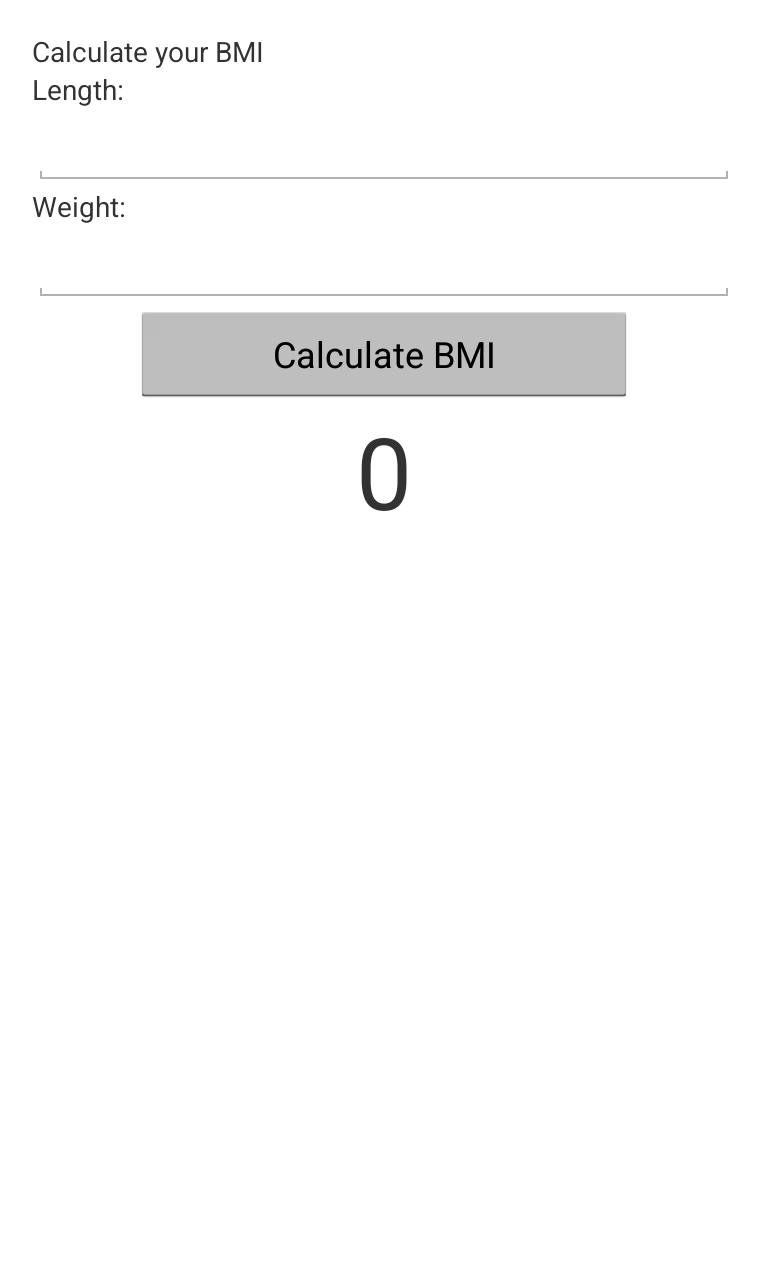
Repository: me222rs/AndroidLab1
Layout: BMI/res/layout/activity_bmi.xml
An editor plug-in stored every save of this project. The layout is shown before and after the next save, followed by the edit.
It is drawn on a 768 x 1280 px phone screen (xhdpi) without system bars, with theme AppTheme; the app's code is not run.

Above is the layout before, as saved 2014-11-17 13:25:12.

After the next save:
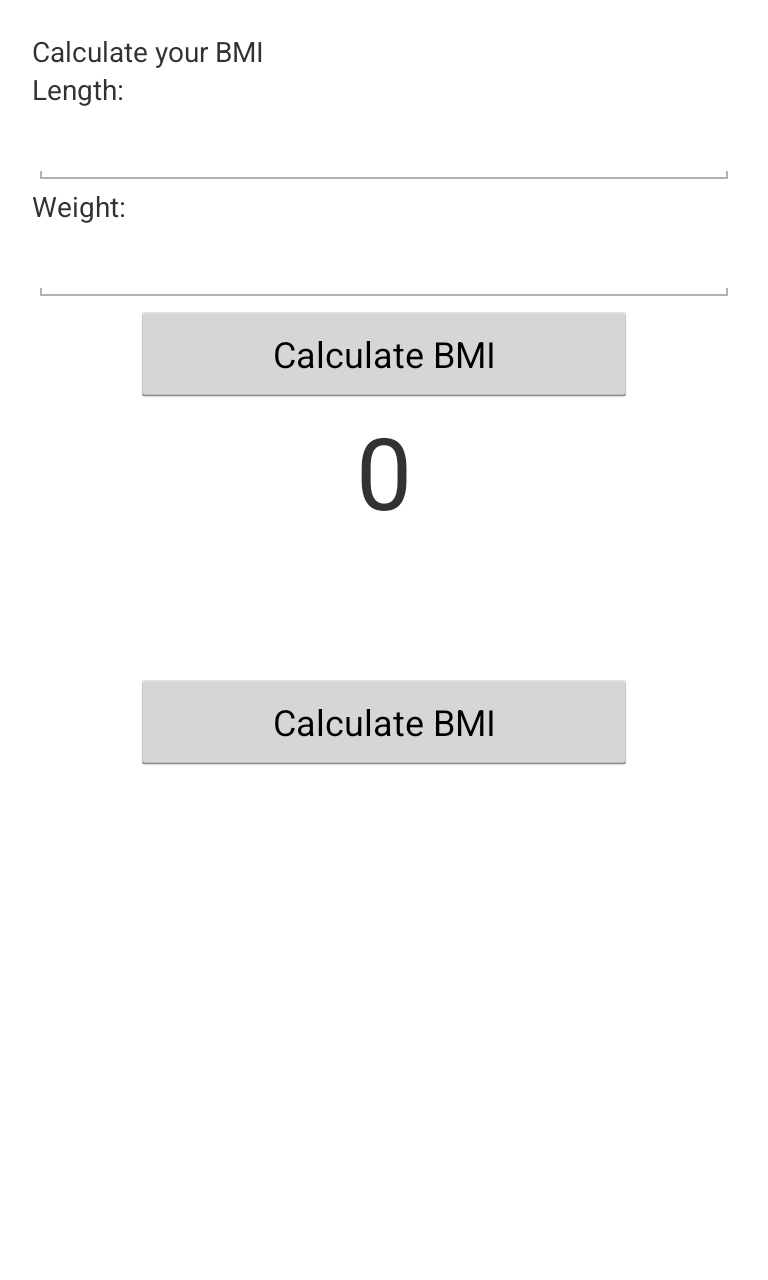
Saved 12 s later.
--- a/BMI/res/layout/activity_bmi.xml
+++ b/BMI/res/layout/activity_bmi.xml
@@ -72,7 +72,7 @@
         android:textSize="50sp"/>
 
         <Button android:id="@+id/reset"
-        android:layout_below="@id/weight"
+        android:layout_below="@id/message"
         android:layout_centerHorizontal="true"
     	android:layout_height="50dp"
      	android:layout_width="250dp"
